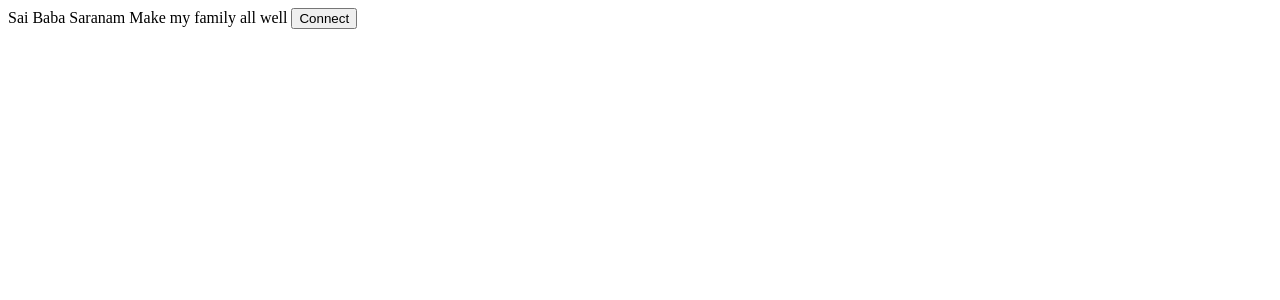
Repository: Sugunaramkumar/Fund-Me-App---FCC
Page: index.html
These files come from the project's save history. The page is drawn as it stood at one moment and after the next save; the edit follows.
The browser window is 1280 px wide. The pictures show the whole page.

Above is the page before, as saved 2022-07-21 16:24:53.

After the next save:
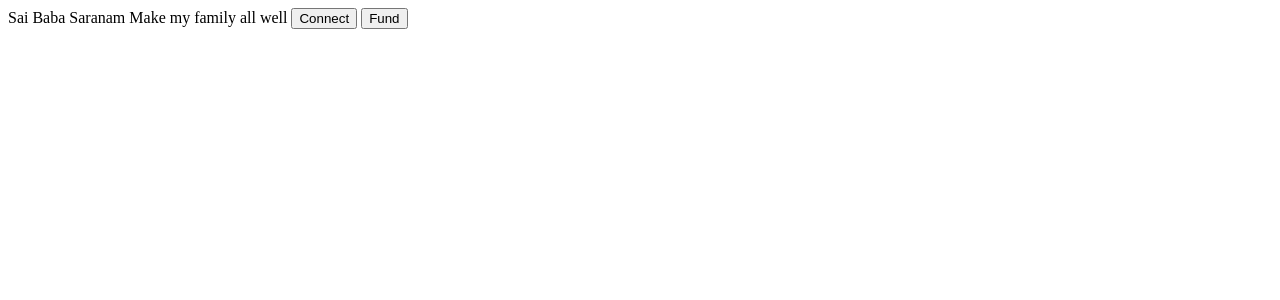
Saved 118 s later.
--- a/index.html
+++ b/index.html
@@ -9,5 +9,6 @@
     Make my family all well
     <script src="./index.js" type="text/javascript"></script>
     <button id="connectButton" onclick="connect()"> Connect </button>
+    <button id="fund" onclick="fund()"> Fund </button>
 </body>
 </html>
